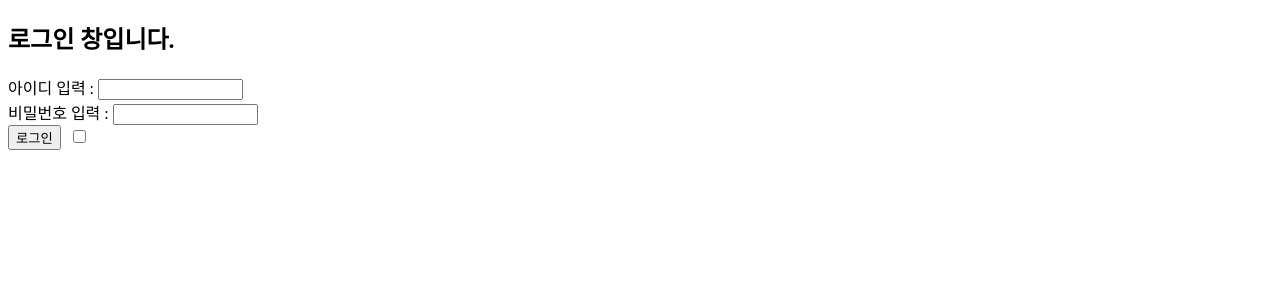
Repository: markahn02050/jsp_practice
Page: http://localhost/JSPBasic/jspObject/3.cookie/cookie_login.jsp
An editor plug-in stored every save of this project. The page is shown before and after the next save, followed by the edit.
The browser window is 1280 px wide. The pictures show the whole page.
The page is served by Tomcat 9.

Above is the page before, as saved 2022-02-07 01:19:30.

After the next save:
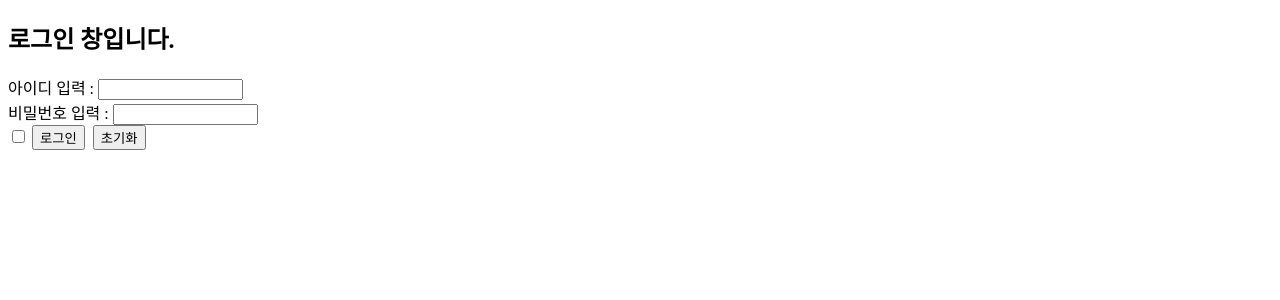
Saved 2 min 18 s later.
--- a/JSPBasic/src/main/webapp/jspObject/3.cookie/cookie_login.jsp
+++ b/JSPBasic/src/main/webapp/jspObject/3.cookie/cookie_login.jsp
@@ -20,10 +20,12 @@ input checkbox 1개(자동로그인)
 <h2>로그인 창입니다.</h2>
 
 <form action="cookie_login_ok.jsp" method="post">
-	아이디 입력 : <input type="text" name="id" size="15px" /><br/>
-	비밀번호 입력 : <input type="password" name="pw" size="15px" /><br/>
+	아이디 입력 : <input type="text" name="userId" size="15px" /><br/>
+	비밀번호 입력 : <input type="password" name="userPw" size="15px" /><br/>
+	<input  type="checkbox" name = "auto" value="checked">
 	<input type="submit" value="로그인" />&nbsp;
-	<input  type="checkbox" value="자동로그인">
+	<input type = "reset" value = "초기화">
+
 </form>
 
 </body>
